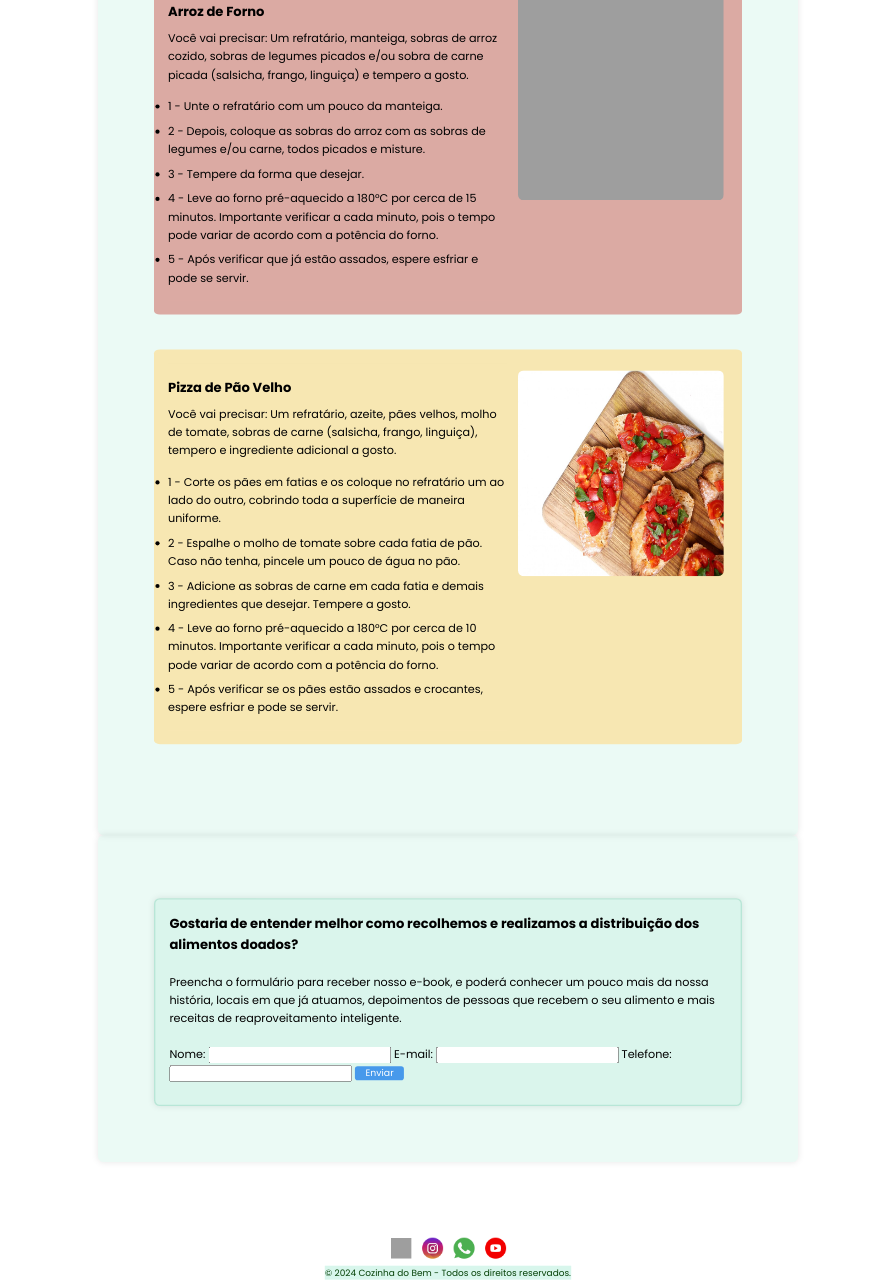
Repository: Thalia-Nataly/Cozinha-do-Bem-Proz
Page: produtos.html
These files come from the project's save history. The page is drawn as it stood at one moment and after a run of saves; the edit follows.
The browser window is 1280 px wide. The pictures show the part of the page from y = 1233 to 3153 px (the page is 3069 px tall before and 3153 px after), at 70% of full size.
Pictures or frames that could not be fetched are drawn as grey boxes.

Above is the page before, as saved 2024-08-25 19:28:48.

### produtos.html
<!DOCTYPE html>
<html lang="pt-br">
<head>
    <meta charset="UTF-8">
    <meta name="viewport" content="width=device-width, initial-scale=1.0">
    <title>Produtos</title>
    <link rel="icon" href="Imagens\favicon.jpg" type="image/jpg">
    <link rel="stylesheet" href="css/stylegeral.css">
    <!-- Google Fonts -->
    <link rel="preconnect" href="https://fonts.googleapis.com">
    <link rel="preconnect" href="https://fonts.gstatic.com" crossorigin>
    <link href="https://fonts.googleapis.com/css2?family=Poppins:ital,wght@0,100;0,200;0,300;0,400;0,500;0,600;0,700;0,800;0,900;1,100;1,200;1,300;1,400;1,500;1,600;1,700;1,800;1,900&display=swap" rel="stylesheet">
    <!-- Google fonts -->
    <script src="js/menu.js" defer></script>
</head>
<body>
    <main>
        <a id="top"></a>
        <header id="header">
        <div class = "interface">

                <section class="logo">
                <img class= "logo-branca" src="Imagens/logo.jpg" alt="Logo">
                <img class= "logo-preto" src="Imagens/logo.jpg" alt="Logo">
                </section>

                <section class="menu-desktop">
                    <nav>
                        <ul>
                            <li><a href="home.html">Home</a></li>
                            <li><a href="sobre.html">Sobre</a></li>
                            <li><a href="produtos.html">Produtos</a></li>

                        </ul>
                    </nav>
                </section>

                <section class="btn-contato">
                    <a href="contato.html">
                        <button>Contato</button>
                    </a>
                </section>
            </div>
        </header>

            <div class="main-content">
                <h1>Entenda como os alimentos doados são utilizados para chegar a todos</h1>
                <p>Com o próposito de alcançar o maior número de pessoas, buscamos a sua doação e colaboração. Para isso, é importante que entenda as formas que esse alimento doado chega até seus consumidores. Além de distribuirmos cestas básicas, também realizamos a distribuição da refeição pronta.
                <br></br>
                No centro ensinamos como preparar os alimentos de forma inteligente: evitando o desperdício e tendo o máximo de aproveitamento. É uma forma de promover a conscientização, valorização e boa utilização dos alimentos doados.
                </p>
                <p>Nessa página, você encontrará receitas desses alimentos, bem como poderá ter acesso a mais informações sobre nós.</p>

                <div class="content-container chips-container">
                    <div class="text-box1">
                        <h3>Chips de Casca de Batata no Micro-ondas</h3>
                        <p>Você vai precisar de: cascas de batatas que seriam jogadas fora, azeite, um recipiente que possa ser ir ao micro-ondas, tempero a gosto e papel toalha.</p>
                        <ul>
                            <li>1 - Unte o recipiente com um fio de azeite. Espalhe usando uma folha de papel toalha.</li>
                            <li>2 - Lave bem e seque as cascas de batata com uma folha de papel toalha e as coloque no recipiente.</li>
                            <li>3 - Derrame um pouco de azeite sobre as cascas.</li>
                            <li>4 - Deixe no micro-ondas em torno de 4 minutos. O tempo pode variar de acordo com a potência de cada micro-ondas, então é importante verificar a cada minuto.</li>
                            <li>5 - Após verificar que já estão crocantes, tempere a seu gosto, espere esfriar e pode se servir.</li>
                        </ul>
                    </div>
                    <div class="image-box">
                        <img src="Imagens/chips_batata.jpg" alt="Chips de Casca de Batata" width="300" height="200">
                    </div>
                </div>


            <div class="content-container arroz-container">
                <div class="text-box2">
                    <h3>Arroz de Forno</h3>
                    <p>Você vai precisar: Um refratário, manteiga, sobras de arroz cozido, sobras de legumes picados e/ou sobra de carne picada (salsicha, frango, linguiça) e tempero a gosto.</p>
                    <ul>
                        <li>1 - Unte o refratário com um pouco da manteiga.</li>
                        <li>2 - Depois, coloque as sobras do arroz com as sobras de legumes e/ou carne, todos picados e misture.</li>
                        <li>3 - Tempere da forma que desejar.</li>
                        <li>4 - Leve ao forno pré-aquecido a 180°C por cerca de 15 minutos. Importante verificar a cada minuto, pois o tempo pode variar de acordo com a potência do forno.</li>
                        <li>5 - Após verificar que já estão assados, espere esfriar e pode se servir.</li>
                    </ul>
                </div>
                <div class="image-box">
                    <img src="Imagens/arroz.jpg" alt="Arroz de Forno">
                </div>
            </div>

            <div class="content-container pizza-container">
                <div class="text-box3">
                    <h3>Pizza de Pão Velho</h3>
                    <p>Você vai precisar: Um refratário, azeite, pães velhos, molho de tomate, sobras de carne (salsicha, frango, linguiça), tempero e ingrediente adicional a gosto.</p>
                    <ul>
                        <li>1 - Corte os pães em fatias e os coloque no refratário um ao lado do outro, cobrindo toda a superfície de maneira uniforme.</li>
                        <li>2 - Espalhe o molho de tomate sobre cada fatia de pão. Caso não tenha, pincele um pouco de água no pão.</li>
                        <li>3 - Adicione as sobras de carne em cada fatia e demais ingredientes que desejar. Tempere a gosto.</li>
                        <li>4 - Leve ao forno pré-aquecido a 180°C por cerca de 10 minutos. Importante verificar a cada minuto, pois o tempo pode variar de acordo com a potência do forno.</li>
                        <li>5 - Após verificar se os pães estão assados e crocantes, espere esfriar e pode se servir.</li>
                    </ul>
                </div>
                <div class="image-box">
                    <img src="Imagens/pizza.jpg" alt="Pizza de Pão Velho">
                </div>
            </div>
        </div>
        </section>
             <!-- Formulário -->
        <section class="form-prodcontainer">
            <div class="form-produtos">
                <form>
                    <h3>Gostaria de entender melhor como recolhemos e realizamos a distribuição dos alimentos doados?</h3>
                    <br>
                    <p>Preencha o formulário para receber nosso e-book, e poderá conhecer um pouco mais da nossa história, locais em que já atuamos, depoimentos de pessoas que recebem o seu alimento e mais receitas de reaproveitamento inteligente.</p>
                    <br>
                    <label for="nome">Nome: </label>
                    <input type="text" name="nome" id="nome">

                    <label for="email">E-mail: </label>
                    <input type="email" name="email" id="email">

                    <label for="tel">Telefone: </label>
                    <input type="tel" name="tel" id="tel">

                    <button type="submit">Enviar</button>
                </form>
            </div>
        </section>
    </main>
    <br></br>
    <footer>
        <nav>
            <div class="footer-link">
                <a href="home.html" class="footer-logo">Cozinha do Bem</a>
            </div>
            <div class="social-links">

                <a href="https://www.facebook.com/" target="_blank" rel="noopener noreferrer">
                    <img src="Imagens/social_13051757.png" alt="Facebook"></a>
                <a href="https://www.instagram.com/" target="_blank" rel="noopener noreferrer">
                    <img src="Imagens/instagram_4494489.png" alt="Instagram"></a>
                <a href="https://wa.me/5544332156489" target="_blank" rel="noopener noreferrer">
                    <img src="Imagens/whatsapp_2504845.png" alt="Whatsapp"></a>
                <a href="https://www.youtube.com/" target="_blank" rel="noopener noreferrer">
                    <img src="Imagens/youtube_4494485.png" alt="Youtube"></a>
            </div>
            <p class="copyright">© 2024 Cozinha do Bem - Todos os direitos reservados.</p>
        </nav>
    </footer>
    <a href="#top" class="back-to-top">Voltar ao topo</a>

</body>
</html>

### css/stylegeral.css
/*reset*/
* {
    margin: 0;
    padding: 0;
    box-sizing: border-box;
    font-family: "Poppins", sans-serif;
}

/*----------------------------------------------------------------*/
/*media queries para ajustar o layout em diferentes tamanhos de tela.*/
@media (max-width: 768px) {
    .menu-desktop {
        display: none;
    }

    .menu-mobile {
        display: block;
    }
}

/*----------------------------------------------------------------*/
body {
    background-repeat: no-repeat, repeat;
    background-attachment: scroll, fixed;
    background-size: cover;
    line-height: 1.6;
    margin: 0;
    padding: 0;
    box-sizing: border-box;

}



/*----------------------------------------------------------------*/

/*PRODUTOS */
/* Cabeçalho */

main {

    margin-top: 60px;
}

.main-content {
    width: 1000%;
    max-width: 1000px;
    margin: 0 auto;
    padding: 80px;
    font-family: Arial, sans-serif;
    box-shadow: 0 0 10px rgba(0, 0, 0, 0.1);
    background-color: rgba(122, 223, 189, 0.153);
    border-radius: 8px;
}

.main-content h1 {
    margin-bottom: 20px;
    padding: 50px;

}

.main-content h3 {
    margin-top: 20px;
    margin-bottom: 10px;
}

.main-content p {
    margin-bottom: 20px;
}

.main-content ul {
    margin-bottom: 20px;
}

.main-content ul li {
    margin-bottom: 10px;
}

.main-content img {
    display: block;
    margin: 10px 0;
}



/* Main */
.content-container {
    display: flex;
    align-items: flex-start;
    gap: 15px;
    max-width: 1000px;
    margin-bottom: 50px;
    padding: 20px;
}

.text-box1 .text-box2 .text-box3 {
    border-radius: 8px;
    padding: 20px;
    box-sizing: border-box;
    max-width: 2000px;
    height: 650px;
}

.text-box1 {
    background-color: #aae5e8;
    flex: 1;
}

.text-box2 {
    background-color: #dbaaa3;
    flex: 1;
}

.text-box3 {
    background-color: #f7e7b2;
    flex: 1;
}

.image-box {
    flex: 1;
    max-width: 300px;
    height: 300px;
}

.image-right img {
    float: right;
    width: 200px;
    height: 200px;
}

.image-box img {
    width: 98%;
    height: 98%;
    border-radius: 8px;
    box-shadow: #000000;
    align-content: center;
}

.chips-container {
    background-color: #aae5e8;
    border-radius: 1%;
}

.arroz-container {
    background-color: #dbaaa3;
    border-radius: 1%;
}

.pizza-container {
    background-color: #f7e7b2;
    border-radius: 1%;
}

/*----------------------------------------------------------------*/
/* Formulário produto*/
.form-container {
    background-color: #7ad4ed24;
    border: 1px solid #ddd;
    border-radius: 8px;
    padding: 20px;
    box-shadow: 0 4px 8px rgba(0, 0, 0, 0.1);
    max-width: 1000px;
    margin: 0 auto;
    display: block;
    margin-top: 50px;
}

.form-container input,
.form-container button {
    display: block;
    width: 97%;
    margin-bottom: 10px;
    padding: 10px;
    border-radius: 4px;
    border: 1px solid #ddd;
    box-sizing: border-box;
}

.form-container button {
    background-color: #4799eb;
    color: #fff;
    border: none;
    cursor: pointer;
}

.form-container button:hover {
    background-color: #0056b3;
}


/*----------------------------------------------------------------*/


/* Footer GERAL */
footer {
    align-items: center;
    text-align: center;
    list-style: none;
}

.footer-logo {
    font-size: 24px;
    font-weight: bold;
    text-decoration: none;
    color: #ffffff;
}

.footer-logo:hover {
    color: #000000;
}


footer {
    background-color: transparent;
    padding: 8px;
    text-align: center;
}

footer nav {
    display: flex;
    flex-direction: column;
    align-items: center;
}

footer .footer-link {
    margin-bottom: 10px;
}

footer .social-links {
    display: flex;
    gap: 15px;
    margin-bottom: 10px;
}

footer .social-links a {
    text-decoration: none;
    color: #ffffff;
}

footer .social-links img {
    width: 30px;
    height: 30px;
    vertical-align: middle
}

footer .redes {
    display: flex;
    gap: 15px;
    margin-bottom: 10px;
}

ul.redes img {
    width: 30px;
    height: 30px;
    vertical-align: middle;
    list-style-type: none;
}


footer .social-links a:hover {
    color: #000000;
}

footer p {
    font-size: 0.8em;
    color: #ffffff;
    margin-top: 0;
}

.copyright {
    align-items: center;
    text-align: center;
    background-color: rgba(122, 223, 189, 0.293);
    color: rgb(3, 64, 5);
}

/*----------------------------------------------------------------*/

/* Botão "Voltar ao topo" */
.back-to-top {
    position: fixed;
    bottom: 10px;
    bottom: 33px;
    right: 20px;
    background-color: #ffffff;
    color: #0ba22f;
    padding: 10px;
    border-radius: 8px;
    text-decoration: none;
    font-size: 14px;
    box-shadow: 0 2px 4px rgba(0, 0, 0, 0.2);
    z-index: 1000;
    border: 2px solid #047110;

}

.back-to-top:hover {
    background-color: #047110;
    color: #ffffff;
}

/*----------------------------------------------------------------*/
/* Home video*/


.banner {
    width: 100%;
    height: 98vh;
    overflow: hidden;
    display: flex;
    justify-content: center;
    align-items: center;
}

.banner video {
    position: fixed;
    top: 0;
    left: 0;
    object-fit: cover;
    width: 100%;
    height: 98vh;
    z-index: -1;

}

/*----------------------------------------------------------------*/

/*navbar*/
.interface {
    max-width: 1280px;
    margin: 0 auto;
}

header .btn-contato button:hover {
    background-color: #078d07;
    color: #ffffff;
    transition: all 0.3s ease-in-out;
}

.menu-desktop nav a:hover {
    transform: scale(1.05);
}

/* Estilo do Header */
header {
    width: 100%;
    padding: 20px 0;
    position: fixed;
    top: 0;
    left: 0;

    transition: .5s;
    z-index: 5;
}

header .interface {
    display: flex;
    justify-content: center;
    align-items: center;
    background-color: transparent;

}

header .logo img {
    max-width: 40px;


}

/* ---------------------------------------------------------------- */
/* Estilo do Menu */

header .logo img.logo-preto {
    display: none;
}

header .menu-desktop nav ul {
    list-style-type: none;
}

header .menu-desktop nav ul li {
    display: inline-block;
    margin: 0 20px;
}

header .menu-desktop nav ul li a {
    color: #033915;
    text-decoration: none;
    display: inline-block;
    transition: .2s;
}

.menu-desktop nav a:hover {
    transform: scale(1.05);
}

header .btn-contato,
button .botaosaiba button {
    width: 90px;
    height: 4%;
}

header .btn-contato button,
.hero-site button,
.botaosaiba button {
    font-size: 18px;
    background-color: transparent;
    border: 1px solid #038d5acb;
    color: #171616;
    cursor: pointer;
    transition: .5s;
}

header .btn-contato button:hover,
.hero-site button:hover {
    background-color: #165850;
    color: #fbfffd;

}

header.rolar {
    background-color: #02484691;
    padding: 10px 0;
    box-shadow: 0 0 8px #0bb8a772;

}

header.rolar .menu-desktop nav ul li a {
    color: #ffffff;
}

header.rolar .btn-contato button:hover {
    background-color: #036047;
    color: #ebf5f4;
}

header.rolar .logo img.logo-branca {
    display: none;
}

header.rolar .logo img.logo-preto {
    display: block;
}

/*Hero-site*/
section.hero-site {
    height: 98vh;
    color: black;
}

.hero-site .interface {
    display: flex;
    align-items: center;
    height: 100%;
    margin: 0 auto;
}

.hero-site .txt-hero {
    background-color: rgba(122, 223, 189, 0.153);
    border-top-right-radius: 20%;
    border-top-left-radius: 20%;
}

.hero-site .txt-hero h1 {
    font-size: 4em;
    font-weight: 200;
}

.hero-site .txt-hero p {
    font-size: 20px;
    font-weight: 300;
    margin: 25px 0;
}

.hero-site .txt-hero p span {
    display: block;
}

.hero-site button,
.box-img button {
    width: 200px;
    height: 50px;
}

/* C O N T A T O    P Á G I N A   I N Í C I O*/
/* Contêiner principal de contato */
.contact-container {
    display: flex;
    flex-direction: column;
    align-items: center;
    gap: 20px; /* Espaço entre os elementos */
}


/* Contêiner que contém o telefone e o WhatsApp */
.contact-info-container {
    display: flex;
    justify-content: center;
    width: 100%;
    margin-bottom: 20px; /* Diminuir o espaço entre o WhatsApp e a linha de cima */
}

/* Ainhamento entre o telefone e o WhatsApp na mesma linha */
.contact-info {
    display: flex;
    gap: 50px; /* Espaçamento entre o telefone e WhatsApp */
}

/* Style para o telefone e o WhatsApp */
.contact-box {
    border-radius: 8px;
    padding: 20px; /* AAjustar o ícone e o texto */
    box-sizing: border-box;
    text-align: center;
    width: 525px; /* Ajustar a largura */
    background-color: rgba(122, 223, 189, 0.153);
    border: 2px solid #038d5a27;
    box-shadow: 0 0 10px rgba(0, 0, 0, 0.1);
}


/* Box telefone */
.phone-box {
    display: flex;
    flex-direction: column;
    align-items: center;
}

/* ícone telefone */
.contact-icon {
    width: 50px; /* Ajustar tamanho */
    height: auto;
    margin-bottom: 10px; /* Espaço entre a imagem e o texto */
}

/* Style para o título e o texto na caixa de telefone */
.phone-box h2 {
    margin: 10px 0;
}

.phone-box p {
    margin: 0;
}

/* Style para a caixa do WhatsApp */
.whatsapp-box {
    text-align: center;
}

/* Style para o contêiner de detalhes do contato e formulário */
.contact-details-form-container {
    display: flex;
    justify-content: space-between; /* Espaçamento automático para as colunas */
    width: 100%;
    max-width: 1100px; /* Largura máxima das colunas */
    margin-top: 20px; /* Espaço de cima contêiner */
}

/* Style para os detalhes de contato e formulário */
.contact-details, .form-container .form-produtos {
    display: flex;
    flex-direction: column;
    gap: 50px;
    width: 500px; /* Largura fixa para ambas as colunas (sem considerar o form) */
    box-sizing: border-box;
}

/* Style para o formulário */
.form-container
{
    margin-top: 10px; /* Diminuir o espaço entre o form e a linha de cima */
    height: auto; /* Altura do conteúdo */
    background-color: rgba(122, 223, 189, 0.153);
    border: 2px solid #038d5a27;
    box-shadow: 0 0 10px rgba(0, 0, 0, 0.1);
    border-radius: 8px;
    padding: 20px;
    max-width: 1000px;
    margin: 0 auto;
    display: block;
    margin-left: 80px; /* Adicionar espaço à esquerda do form */
}
.form-prodcontainer {
    width: 1000%;
    max-width: 1000px;
    margin: 0 auto;
    padding: 80px;
    font-family: Arial, sans-serif;
    box-shadow: 0 0 10px rgba(0, 0, 0, 0.1);
    background-color: rgba(122, 223, 189, 0.153);
    border-radius: 8px;
}
.form-produtos {
    margin-top: 10px; /* Diminuir o espaço entre o form e a linha de cima */
    height: auto; /* Altura do conteúdo */
    background-color: rgba(122, 223, 189, 0.153);
    border: 2px solid #038d5a27;
    box-shadow: 0 0 10px rgba(0, 0, 0, 0.1);
    border-radius: 8px;
    padding: 20px;
    max-width: 1000px;



}

/* Style dos campos de entrada e botão dentro do form */
.form-container input,
.form-container select,
.form-container button
.form-prodcontainer input,
.form-prodcontainer select
{
    display: block;
    width: 97%;
    margin-bottom: 15px;
    padding: 10px;
    border-radius: 4px;
    border: 1px solid #cccccc; /* Cor da borda dos campos */
    box-sizing: border-box;
}
.form-prodcontainer button{
    height:auto;
    width: 70px;
    margin-bottom: 15px;
    background-color: #4799eb;
    color: white;
    border: none;
    cursor: pointer;
    border-radius: 4px;
}

/* Estilo do botão dentro do form */
.form-container button
.form-prodcontainer  button {
    background-color: #ffffff;
    color: #047110;
    border: none;
    cursor: pointer;
    border: 2px solid #00000027;
}

.form-container button:hover
.form-prodcontainer form button:hover {
    background-color: #047110;
    color: #ffffff;
}



/*----------------------------------------------------------------*/
/* Boxes */
.box-img img {
    width: 200px;
    height: 200px;
}

.box-conteiners {

    padding: 20px;
    max-width: auto;
    height: auto;
    list-style-type: none;
    display: flex;
    justify-content: center;
    align-items: center;
    flex: wrap;



}


.box-content {

    width: 800px;
    height: 300px;
    background-color: rgba(122, 223, 189, 0.153);
    border: 2px solid #038d5a27;
    box-shadow: 0 0 10px rgba(0, 0, 0, 0.1);

    border-start-start-radius: 30%;
    border-start-end-radius: 10%;
    order: 1;
    display: flex;
    justify-content: center;
    align-items: center;
    flex: wrap;




}

.box-content h1 {
    width: 800px;
    display: flex;
    margin-top: 20px;
    align-self: center;
    padding: 20px;

}

.box-content p {
    width: 800px;
    text-align: justify;
    display: block;

    align-self: center;
    flex-direction: left;
}


.box-img {

    width: 250px;
    height: auto;
    align-self: center;
    padding: 20px;



}

.box-img img {
    border-radius: 20%;

}

.box-sobre {

    width: 800px;
    height: auto;
    padding: 20px;
    order: 1;
    border-end-end-radius: 10%;
    border-start-end-radius: 10%;



}

.botaosaiba {
    display: flex;
    align-self: center;
    flex-direction: center;
    order: 1;

}

### js/menu.js

//cor do menu mudar quando rolar p baixo//
let navBar = document.querySelector('#header');

document.addEventListener('scroll', ()=>{
    let scrollTop = window.scrollY;
    if(scrollTop > 0){
        navBar.classList.add('rolar');
    }else{
        navBar.classList.remove('rolar');
    }

} )

// botao voltar ao topo apenas aparecer quando rolar p baixo//
window.onscroll = function() {
    var topButton = document.querySelector('.back-to-top');
    if (document.body.scrollTop > 20 || document.documentElement.scrollTop > 20) {
        topButton.style.display = "block";
    } else {
        topButton.style.display = "none";
    }
};

// formulario de contato//


function ValidarFormulario(id){
  const idForm = document.getElementById(id).getAttribute('id');
  document.querySelectorAll('#' + idForm + ' input').forEach(function(a){
      if(a.value.length < 1 && a.hasAttribute('required')) {
          console.log('Por favor, preencha todos os campos!');
      }
  });
}

After the next 2 saves:
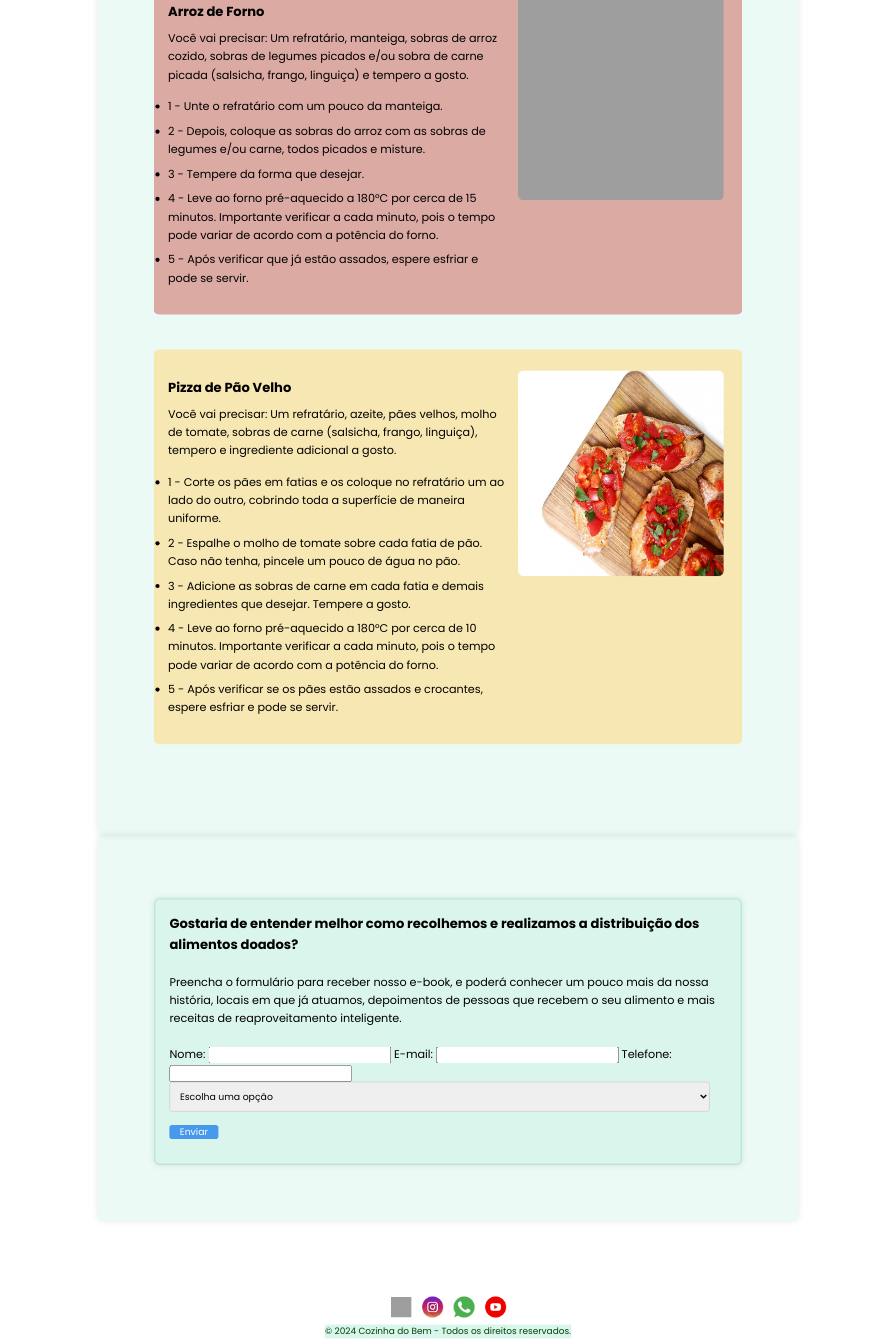
The 2 saves are shown as one change because they came seconds apart.
The last was saved 100 s later.
--- a/produtos.html
+++ b/produtos.html
@@ -120,6 +120,11 @@
 
                     <label for="tel">Telefone: </label>
                     <input type="tel" name="tel" id="tel">
+                    <select id="contact-preference" name="contact-preference" required>
+                        <option value="" disabled selected>Escolha uma opção</option> <!-- Opção vazia que obrigará o usuário a escolher uma das opções abaixo -->
+                        <option value="call">Ligação</option>
+                        <option value="whatsapp">Mensagem no WhatsApp</option>
+                    </select>
 
                     <button type="submit">Enviar</button>
                 </form>
